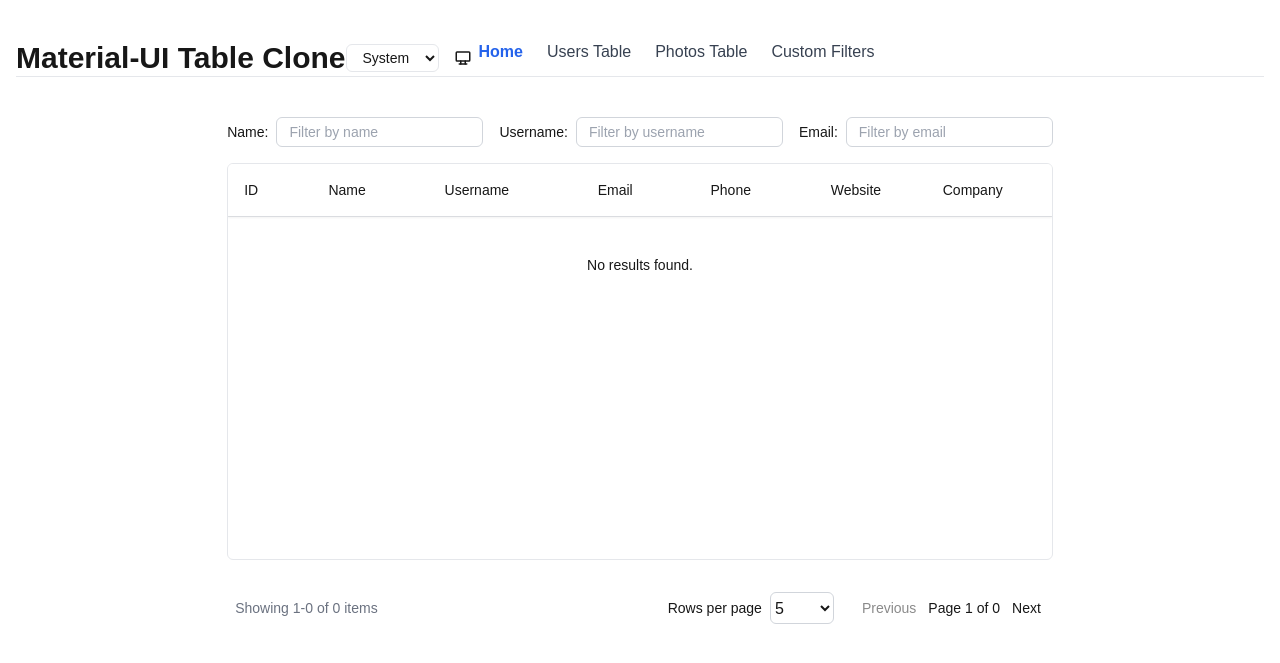
Repository: Dvirco1234/mini-mui-table
Page: /
These files come from the project's save history. The page is drawn as it stood at one moment and after the next save; the edit follows.
The browser window is 1280 px wide. The pictures show the whole page.
The page's requests for data from a server got no answer. The project was rebuilt for these pictures with package versions that can differ from the ones it lists, and the page was loaded fresh each time. The framework's server and built-in components were replaced by stand-ins that run in the browser. No one was signed in, and anything a server would have sent is missing. Also part of the build but not shown: next.config.ts.

Above is the page before, as saved 2025-03-03 22:02:50.

### src/app/layout.tsx
import type { Metadata } from "next";
import { Geist, Geist_Mono } from "next/font/google";
import "./globals.css";
import { ThemeProvider } from "@/components/theme/ThemeProvider";
import { Navigation } from "@/components/layout/Navigation";

const geistSans = Geist({
  variable: "--font-geist-sans",
  subsets: ["latin"],
});

const geistMono = Geist_Mono({
  variable: "--font-geist-mono",
  subsets: ["latin"],
});

export const metadata: Metadata = {
  title: "Create Next App",
  description: "Generated by create next app",
};

export default function RootLayout({
  children,
}: Readonly<{
  children: React.ReactNode;
}>) {
  return (
    <html lang="en" className="h-screen overflow-hidden">
      <body
        className={`${geistSans.variable} ${geistMono.variable} antialiased h-full max-h-screen`}
      >
        <ThemeProvider defaultTheme="system" storageKey="mini-mui-table-theme">
          <main className="h-screen">
            <div className="mx-auto py-10 px-4 h-full flex flex-col">
              <Navigation />
              {children}
            </div>
          </main>
        </ThemeProvider>
      </body>
    </html>
  );
}

### src/app/page.tsx
import { ThemeToggle } from "@/components/theme/ThemeToggle";
import { UserTable } from "@/components/demo/UserTable";
import { CustomFiltersDemo } from "@/components/demo/CustomFiltersDemo";

export default function Home() {
  return (
    <div className="mx-auto py-10 px-4 h-full flex flex-col">
      {/* <div className="flex justify-between items-center mb-8">
        <h1 className="text-3xl font-bold">Material-UI Table Clone</h1>
        <ThemeToggle />
      </div> */}
      <UserTable />
      {/* <CustomFiltersDemo /> */}
    </div>
  );
}

### src/components/theme/ThemeProvider.tsx
"use client";

import { createContext, useContext, useEffect, useState } from "react";

export type Theme = "dark" | "light" | "system";

type ThemeProviderProps = {
  children: React.ReactNode;
  defaultTheme?: Theme;
  storageKey?: string;
};

type ThemeProviderState = {
  theme: Theme;
  setTheme: (theme: Theme) => void;
};

const initialState: ThemeProviderState = {
  theme: "system",
  setTheme: () => null,
};

const ThemeProviderContext = createContext<ThemeProviderState>(initialState);

export function ThemeProvider({
  children,
  defaultTheme = "system",
  storageKey = "mini-mui-table-theme",
  ...props
}: ThemeProviderProps) {
  const [theme, setTheme] = useState<Theme>(defaultTheme);

  useEffect(() => {
    const savedTheme = localStorage.getItem(storageKey) as Theme | null;

    if (savedTheme) {
      setTheme(savedTheme);
    }
  }, [storageKey]);

  useEffect(() => {
    const root = window.document.documentElement;

    root.classList.remove("light", "dark");

    if (theme === "system") {
      const systemTheme = window.matchMedia("(prefers-color-scheme: dark)")
        .matches
        ? "dark"
        : "light";

      root.classList.add(systemTheme);
      return;
    }

    root.classList.add(theme);
  }, [theme]);

  const value = {
    theme,
    setTheme: (theme: Theme) => {
      localStorage.setItem(storageKey, theme);
      setTheme(theme);
    },
  };

  return (
    <ThemeProviderContext.Provider {...props} value={value}>
      {children}
    </ThemeProviderContext.Provider>
  );
}

export const useTheme = () => {
  const context = useContext(ThemeProviderContext);

  if (context === undefined) {
    throw new Error("useTheme must be used within a ThemeProvider");
  }

  return context;
};

### src/components/layout/Navigation.tsx
"use client";

import Link from "next/link";
import { usePathname } from "next/navigation";
import { ThemeToggle } from "@/components/theme/ThemeToggle";

const navItems = [
  { name: "Home", path: "/" },
  { name: "Users Table", path: "/users" },
  { name: "Photos Table", path: "/photos" },
  { name: "Custom Filters", path: "/custom-filters" },
];

export function Navigation() {
  const pathname = usePathname();

  return (
    <div className="w-full flex border-b ">
      <div className="flex justify-between items-center ">
        <h1 className="text-3xl font-bold">Material-UI Table Clone</h1>
        <ThemeToggle />
      </div>

      <nav>
        <ul className="flex flex-wrap gap-6">
          {navItems.map((item) => (
            <li key={item.path}>
              <Link
                href={item.path}
                className={`text-base font-medium transition-colors hover:underline ${
                  pathname === item.path
                    ? "text-blue-600 dark:text-blue-400 font-semibold"
                    : "text-gray-700 hover:text-blue-600 dark:text-gray-300 dark:hover:text-blue-400"
                }`}
              >
                {item.name}
              </Link>
            </li>
          ))}
        </ul>
      </nav>
    </div>
  );
}

### src/components/demo/UserTable.tsx
"use client";

import { useState, useEffect } from "react";
import { Table } from "@/components/ui/table";
import { User, Column } from "@/types";
import { fetchUsers, FetchUsersParams } from "@/lib/api";

const columns: Column[] = [
  { id: "id", label: "ID", sortable: true },
  { id: "name", label: "Name", sortable: true, filterable: true },
  { id: "username", label: "Username", sortable: true, filterable: true },
  { id: "email", label: "Email", sortable: true, filterable: true },
  { id: "phone", label: "Phone", sortable: true },
  {
    id: "website",
    label: "Website",
    render: (row: User) => (
      <a
        href={`https://${row.website}`}
        target="_blank"
        rel="noopener noreferrer"
        className="text-blue-600 hover:underline"
      >
        {row.website}
      </a>
    ),
  },
  {
    id: "company",
    label: "Company",
    render: (row: User) => row.company.name,
  },
];

export function UserTable() {
  // State for table data and controls
  const [data, setData] = useState<User[]>([]);
  const [loading, setLoading] = useState(true);
  const [totalItems, setTotalItems] = useState(0);

  // Pagination state
  const [currentPage, setCurrentPage] = useState(1);
  const [pageSize, setPageSize] = useState(5);

  // Sorting state
  const [sortField, setSortField] = useState<string | undefined>(undefined);
  const [sortOrder, setSortOrder] = useState<"asc" | "desc" | "none">("asc");

  // Filtering state
  const [filters, setFilters] = useState<Record<string, string>>({});

  // Fetch data when dependencies change
  useEffect(() => {
    const loadData = async () => {
      setLoading(true);
      try {
        const params: FetchUsersParams = {
          page: currentPage,
          limit: pageSize,
          sort: sortField,
          order: sortOrder,
          filter: filters,
        };
        const { users, total } = await fetchUsers(params);
        setData(users);
        setTotalItems(total);
      } catch (error) {
        console.error("Error loading data:", error);
      } finally {
        setLoading(false);
      }
    };

    loadData();
  }, [currentPage, pageSize, sortField, sortOrder, filters]);

  // Handle page change
  const handlePageChange = (page: number) => {
    setCurrentPage(page);
  };

  // Handle page size change
  const handlePageSizeChange = (size: number) => {
    setPageSize(size);
    setCurrentPage(1); // Reset to first page when changing page size
  };

  // Handle sorting
  const handleSort = (field: string, order?: "asc" | "desc") => {
    if (!field) {
      // Clear sorting
      setSortField(undefined);
      setSortOrder("none");
    } else if (order) {
      // Set specific order
      setSortField(field);
      setSortOrder(order);
    } else {
      // Toggle order
      if (sortField === field) {
        setSortOrder(sortOrder === "asc" ? "desc" : "none");
        if (sortOrder === "desc") {
          setSortField(undefined);
        }
      } else {
        setSortField(field);
        setSortOrder("asc");
      }
    }
  };

  // Handle filtering
  const handleFilterChange = (field: string, value: string) => {
    setFilters((prev) => ({
      ...prev,
      [field]: value,
    }));
    setCurrentPage(1); // Reset to first page when applying filters
  };

  return (
    <Table<User>
      data={data}
      columns={columns}
      loading={loading}
      // Pagination
      currentPage={currentPage}
      pageSize={pageSize}
      totalItems={totalItems}
      onPageChange={handlePageChange}
      onPageSizeChange={handlePageSizeChange}
      // Sorting
      sortField={sortField}
      sortOrder={sortOrder}
      onSort={handleSort}
      // Filter
      filters={filters}
      onFilterChange={handleFilterChange}
      bordered={true}
      slots={{}}
    />
  );
}

### src/components/theme/ThemeToggle.tsx
"use client";

import { Theme, useTheme } from "./ThemeProvider";
import { IconMoon, IconSun, IconDeviceDesktop } from "@tabler/icons-react";

export function ThemeToggle() {
  const { theme, setTheme } = useTheme();

  return (
    <div className="flex items-center space-x-2">
      <select
        value={theme}
        onChange={(e: React.ChangeEvent<HTMLSelectElement>) =>
          setTheme(e.target.value as Theme)
        }
        className="bg-background border focus:ring-0 rounded-md px-3 py-1 text-sm focus:outline-none focus:ring-2 focus:ring-primary"
      >
        <option value="light">Light</option>
        <option value="dark">Dark</option>
        <option value="system">System</option>
      </select>

      <div className="flex items-center justify-center w-8 h-8">
        {theme === "light" && <IconSun size={18} />}
        {theme === "dark" && <IconMoon size={18} />}
        {theme === "system" && <IconDeviceDesktop size={18} />}
      </div>
    </div>
  );
}

### src/components/ui/table/index.ts
export * from './Table';
export * from './TableHead';
export * from './TableBody';
export * from './TableRow';
export * from './TableCell';
export * from './TablePagination';
export * from './TableFilters';
export * from './TableSorters';

### src/lib/api.ts
import { User } from '@/types';

export interface FetchUsersParams {
  page?: number;
  limit?: number;
  sort?: string;
  order?: 'asc' | 'desc' | 'none';
  filter?: Record<string, string>;
}

export async function fetchUsers({
  page = 1,
  limit = 100,
  sort,
  order = 'asc',
  filter,
}: FetchUsersParams = {}): Promise<{ users: User[]; total: number }> {
  let url = `https://jsonplaceholder.typicode.com/users?_page=${page}&_limit=${limit}`;

  if (sort && order !== 'none') {
    url += `&_sort=${sort}&_order=${order}`;
  }

  if (filter) {
    Object.entries(filter).forEach(([key, value]) => {
      if (value) {
        url += `&${key}_like=${value}`;
      }
    });
  }

  const response = await fetch(url);
  const total = Number(response.headers.get('x-total-count') || '0');
  const users = await response.json();

  return { users, total };
}

### src/components/ui/table/TableHead.tsx
import React, { forwardRef } from 'react';
import { cn } from '@/lib/utils';

export interface TableHeadProps extends React.HTMLAttributes<HTMLTableSectionElement> {
  children: React.ReactNode;
}

const TableHead = forwardRef<HTMLTableSectionElement, TableHeadProps>(
  ({ className, ...props }, ref) => {
    return (
      <thead
        ref={ref}
        className={cn("shadow-sm sticky top-0 bg-background", className)}
        {...props}
      />
    );
  }
);

TableHead.displayName = "TableHead";

export { TableHead };

### src/components/ui/table/TableBody.tsx
import React, { forwardRef } from 'react';
import { cn } from '@/lib/utils';

export interface TableBodyProps extends React.HTMLAttributes<HTMLTableSectionElement> {
  children: React.ReactNode;
}

const TableBody = forwardRef<HTMLTableSectionElement, TableBodyProps>(
  ({ className, ...props }, ref) => {
    return (
      <tbody
        ref={ref}
        className={cn("[&_tr:last-child]:border-0", className)}
        {...props}
      />
    );
  }
);

TableBody.displayName = "TableBody";

export { TableBody };

### src/components/ui/table/TableRow.tsx
import React, { forwardRef } from "react";
import { cn } from "@/lib/utils";

export interface TableRowProps
  extends React.HTMLAttributes<HTMLTableRowElement> {
  children: React.ReactNode;
  rowHeight?: number | string;
}

const TableRow = forwardRef<HTMLTableRowElement, TableRowProps>(
  ({ className, rowHeight, ...props }, ref) => {
    return (
      <tr
        ref={ref}
        className={cn(
          "border-b transition-colors hover:bg-muted/50 data-[state=selected]:bg-muted",
          className
        )}
        style={{
          height: rowHeight ? (typeof rowHeight === 'number' ? `${rowHeight}px` : rowHeight) : 'auto'
        }}
        {...props}
      />
    );
  }
);

TableRow.displayName = "TableRow";

export { TableRow };

### src/components/ui/table/TableCell.tsx
import React, { forwardRef } from 'react';
import { cn } from '@/lib/utils';

export interface TableCellProps extends React.TdHTMLAttributes<HTMLTableCellElement> {
  children: React.ReactNode;
}

const TableCell = forwardRef<HTMLTableCellElement, TableCellProps>(
  ({ className, ...props }, ref) => {
    return (
      <td
        ref={ref}
        className={cn("p-4 align-middle [&:has([role=checkbox])]:pr-0 group", className)}
        {...props}
      />
    );
  }
);

TableCell.displayName = "TableCell";

export { TableCell };

### src/components/ui/table/TablePagination.tsx
import React from 'react';
import { cn } from '@/lib/utils';

export interface TablePaginationProps {
  currentPage: number;
  totalPages: number;
  pageSize: number;
  totalItems: number;
  onPageChange: (page: number) => void;
  onPageSizeChange?: (pageSize: number) => void;
  pageSizeOptions?: number[];
  className?: string;
}

const TablePagination: React.FC<TablePaginationProps> = ({
  currentPage,
  totalPages,
  pageSize,
  totalItems,
  onPageChange,
  onPageSizeChange,
  pageSizeOptions = [5, 10, 25, 50],
  className,
}) => {
  const startItem = (currentPage - 1) * pageSize + 1;
  const endItem = Math.min(currentPage * pageSize, totalItems);

  return (
    <div className={cn("flex items-center justify-between px-2 py-4", className)}>
      <div className="text-sm text-gray-500">
        Showing {startItem}-{endItem} of {totalItems} items
      </div>
      <div className="flex items-center space-x-6">
        <div className="flex items-center space-x-2">
          <p className="text-sm font-medium">Rows per page</p>
          <select
            className="h-8 w-16 rounded-md border border-gray-300 bg-background outline-none focus:border-blue-500 focus:dark:border-white"
            value={pageSize}
            onChange={(e) => onPageSizeChange?.(Number(e.target.value))}
          >
            {pageSizeOptions.map((option) => (
              <option key={option} value={option}>
                {option}
              </option>
            ))}
          </select>
        </div>
        <div className="flex items-center space-x-2">
          <button
            className="inline-flex items-center justify-center rounded-md p-1 text-sm font-medium transition-colors hover:bg-gray-100 disabled:opacity-50"
            onClick={() => onPageChange(currentPage - 1)}
            disabled={currentPage === 1}
          >
            Previous
          </button>
          <div className="text-sm font-medium">
            Page {currentPage} of {totalPages}
          </div>
          <button
            className="inline-flex items-center justify-center rounded-md p-1 text-sm font-medium transition-colors hover:bg-gray-100 disabled:opacity-50"
            onClick={() => onPageChange(currentPage + 1)}
            disabled={currentPage === totalPages}
          >
            Next
          </button>
        </div>
      </div>
    </div>
  );
};

export { TablePagination };

### src/components/ui/table/TableFilters.tsx
import React from 'react';
import { cn } from '@/lib/utils';
import { Column } from '@/types';

export interface TableFiltersProps {
  columns: Column[];
  filters: Record<string, string>;
  onFilterChange: (field: string, value: string) => void;
  className?: string;
}

/**
 * TableFilters component that renders a set of filters for each filterable column.
 * Currently only supports text-based filtering.
 */
const TableFilters: React.FC<TableFiltersProps> = ({
  columns,
  filters,
  onFilterChange,
  className,
}) => {
  const filterableColumns = columns.filter(column => column.filterable);

  if (filterableColumns.length === 0) {
    return null;
  }

  return (
    <div className={cn("flex flex-wrap gap-4 mb-4", className)}>
      {filterableColumns.map(column => (
        <div key={`filter-${column.id}`} className="flex items-center">
          <label htmlFor={`filter-${column.id}`} className="mr-2 text-sm font-medium">
            {column.label}:
          </label>
          <input
            id={`filter-${column.id}`}
            type="text"
            className="rounded-md border bg-background outline-none border-gray-300 focus:border-blue-500 focus:dark:border-white px-3 py-1 text-sm"
            value={filters[column.id] || ''}
            onChange={(e) => onFilterChange(column.id, e.target.value)}
            placeholder={`Filter by ${column.label.toLowerCase()}`}
          />
        </div>
      ))}
    </div>
  );
};

export { TableFilters };

### src/components/ui/table/TableSorters.tsx
import React from 'react';
import { cn } from '@/lib/utils';
import { Column } from '@/types';
import { IconArrowUp, IconArrowDown } from '@tabler/icons-react';

export interface TableSortersProps {
  column: Column;
  sortField?: string;
  sortOrder: 'asc' | 'desc' | 'none';
  onSort: (field: string, order?: 'asc' | 'desc') => void;
  className?: string;
}

const TableSorters: React.FC<TableSortersProps> = ({
  column,
  sortField,
  sortOrder,
  onSort,
  className,
}) => {
  if (!column.sortable) {
    return <span className={className}>{column.label}</span>;
  }

  const handleSort = () => {
    if (sortField !== column.id) {
      // First click - sort ascending
      onSort(column.id, 'asc');
    } else if (sortOrder === 'asc') {
      // Second click - sort descending
      onSort(column.id, 'desc');
    } else {
      // Third click - clear sorting
      onSort('');
    }
  };

  const isActive = sortField === column.id;

  return (
    <div
      className={cn(
        "w-full h-full flex items-center justify-between cursor-pointer",
        className
      )}
      onClick={handleSort}
    >
      <span>{column.label}</span>
      <div className="flex items-center">
        {isActive ? (
          sortOrder === 'asc' ? (
            <IconArrowUp size={16} className="text-primary" />
          ) : (
            <IconArrowDown size={16} className="text-primary" />
          )
        ) : (
          <IconArrowUp size={16} className="text-muted-foreground opacity-0 group-hover:opacity-100 transition-opacity" />
        )}
      </div>
    </div>
  );
};

export { TableSorters };

### tailwind.config.ts
import type { Config } from 'tailwindcss';

const config: Config = {
  darkMode: 'class',
  content: [
    './src/pages/**/*.{js,ts,jsx,tsx,mdx}',
    './src/components/**/*.{js,ts,jsx,tsx,mdx}',
    './src/app/**/*.{js,ts,jsx,tsx,mdx}',
  ],
  theme: {
    extend: {
      colors: {
        background: 'var(--background)',
        foreground: 'var(--foreground)',
        border: {
          DEFAULT: 'hsl(var(--border))',
        },
        input: {
          DEFAULT: 'hsl(var(--input))',
        },
        ring: {
          DEFAULT: 'hsl(var(--ring))',
        },
        muted: {
          DEFAULT: 'hsl(var(--muted))',
          foreground: 'hsl(var(--muted-foreground))',
        },
        accent: {
          DEFAULT: 'hsl(var(--accent))',
          foreground: 'hsl(var(--accent-foreground))',
        },
        primary: {
          DEFAULT: 'hsl(var(--primary))',
          foreground: 'hsl(var(--primary-foreground))',
        },
        secondary: {
          DEFAULT: 'hsl(var(--secondary))',
          foreground: 'hsl(var(--secondary-foreground))',
        },
        destructive: {
          DEFAULT: 'hsl(var(--destructive))',
          foreground: 'hsl(var(--destructive-foreground))',
        },
        card: {
          DEFAULT: 'hsl(var(--card))',
          foreground: 'hsl(var(--card-foreground))',
        },
      },
      fontFamily: {
        sans: ['var(--font-geist-sans)'],
        mono: ['var(--font-geist-mono)'],
      },
    },
  },
  plugins: [],
};

export default config;

Loaded but not shown: src/app/globals.css (common file); src/lib/utils.ts (common file); src/components/ui/table/Table.tsx (225 lines, source omitted)

After the next save:
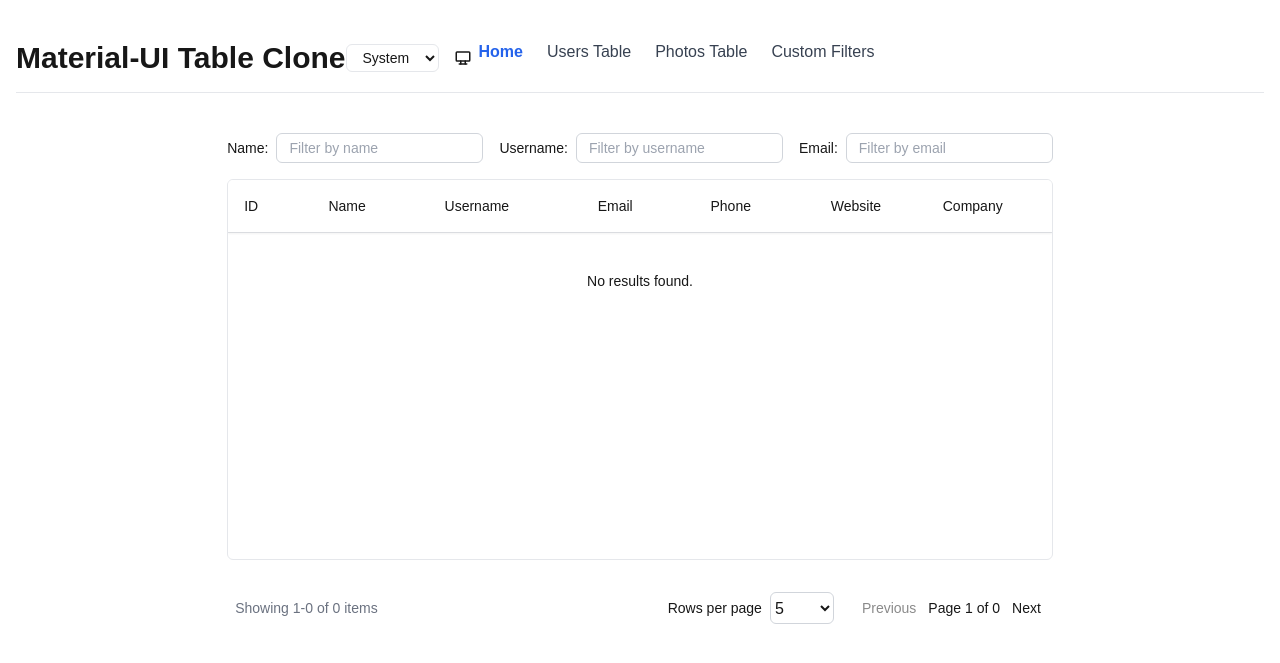
Saved 8 s later.
--- a/src/components/layout/Navigation.tsx
+++ b/src/components/layout/Navigation.tsx
@@ -15,7 +15,7 @@ export function Navigation() {
   const pathname = usePathname();
 
   return (
-    <div className="w-full flex border-b ">
+    <div className="w-full flex border-b pb-4">
       <div className="flex justify-between items-center ">
         <h1 className="text-3xl font-bold">Material-UI Table Clone</h1>
         <ThemeToggle />
